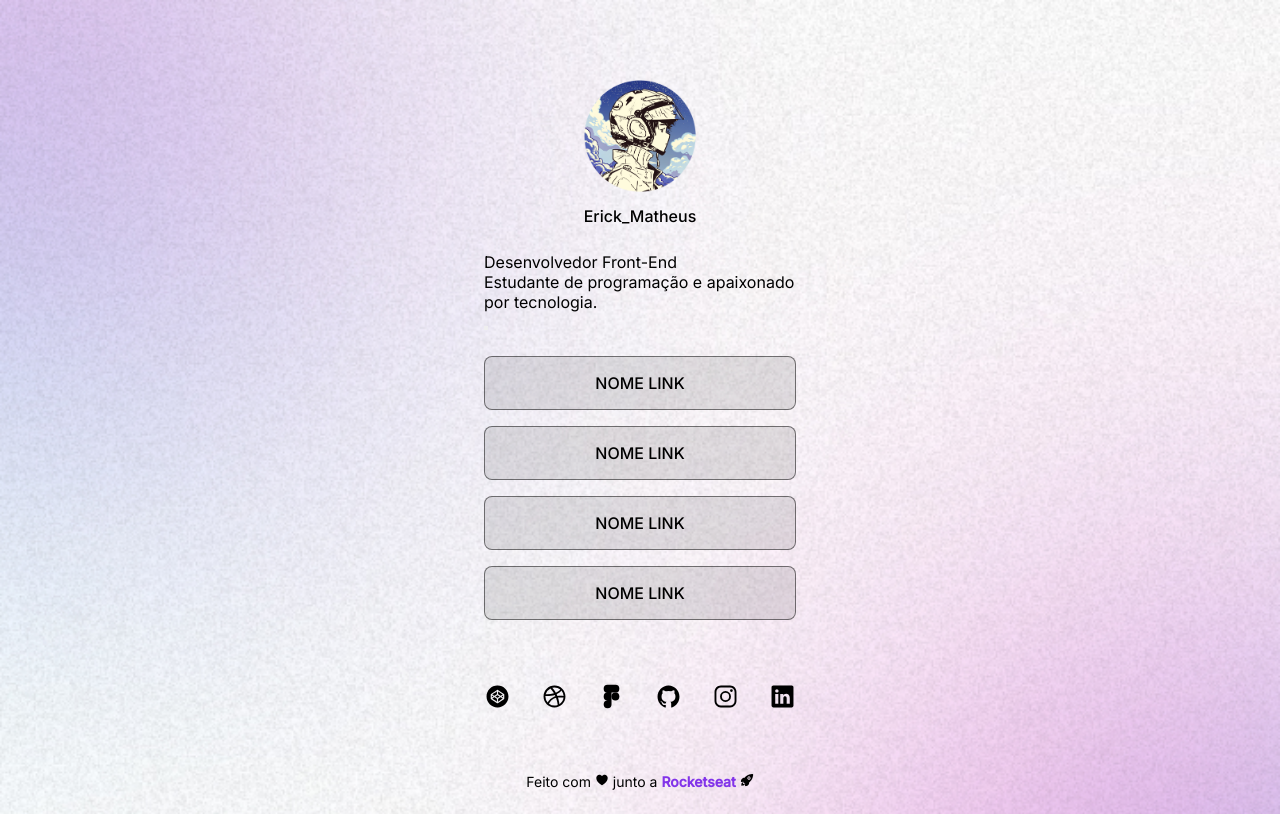
Repository: e-rickmatheus/project_dev_links
Page: index.html
The author's editor kept a copy of each file at every save. The page is drawn from the files as they stood at one save, then again after the next save.
The browser window is 1280 px wide. The pictures show the whole page.

Above is the page before, as saved 2025-04-03 19:55:06.

After the next save:
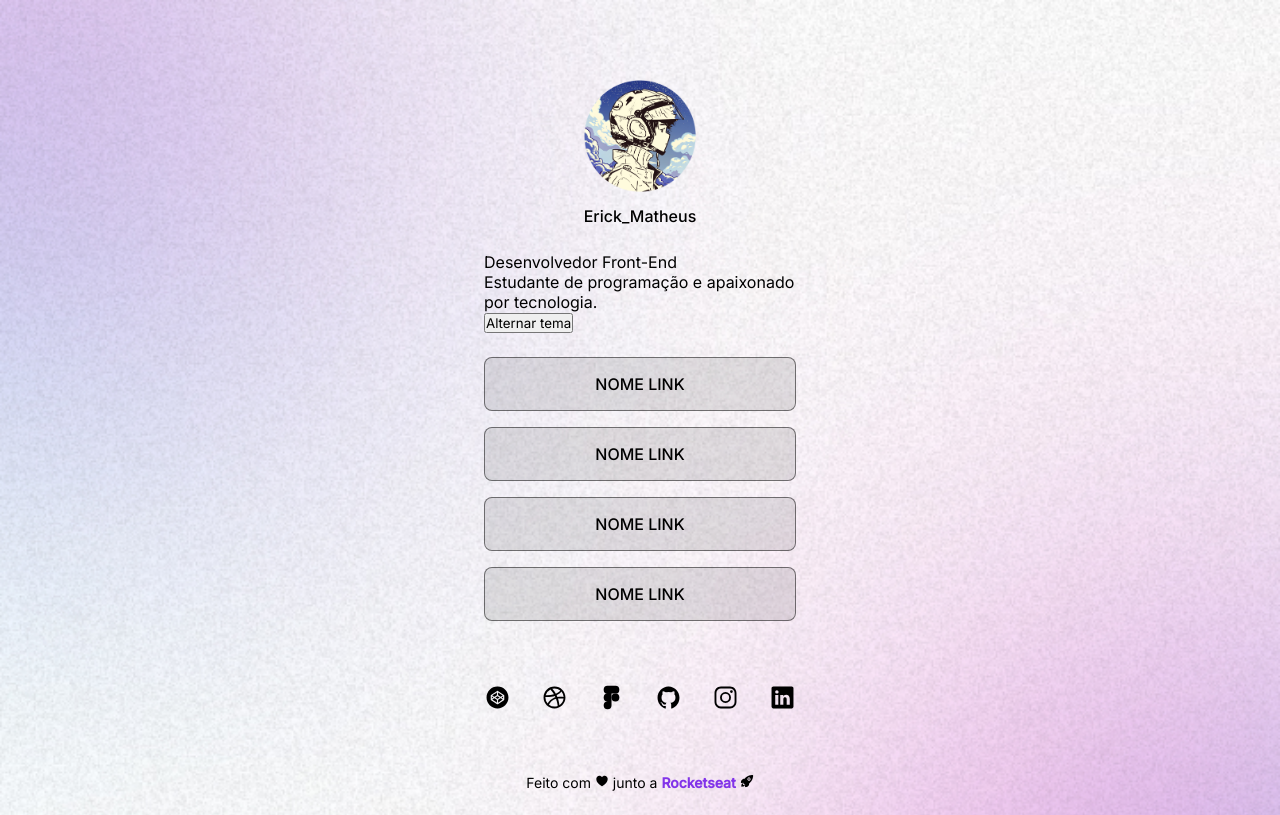
Saved 6 s later.
--- a/index.html
+++ b/index.html
@@ -24,6 +24,7 @@
     </div>
     <div id="switcher">
       <button id="theme-toggle" aria-label="Alternar tema" title="Alternar tema">
+        <span class="sr-only">Alternar tema</span>
         <i class="bi bi-sun-fill"></i>
         <i class="bi bi-moon-stars-fill"></i>
       </button>
